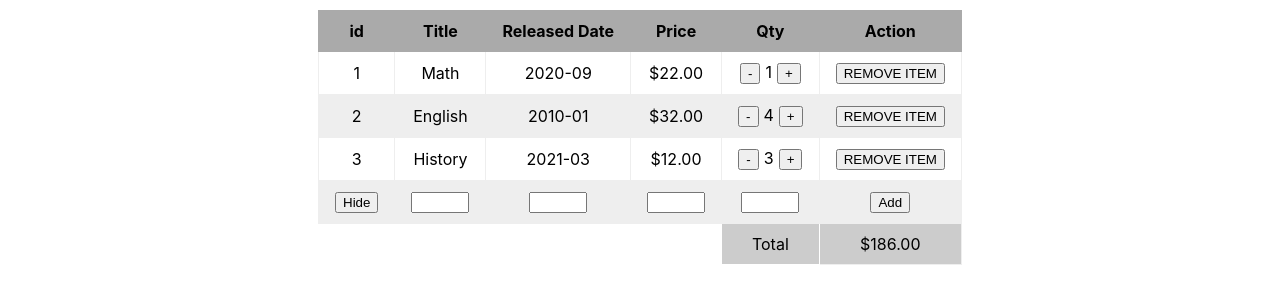
Repository: vgg1kkh/myBookStoreBasket
Page: /
An editor plug-in stored every save of this project. The page is shown before and after the next save, followed by the edit.
The browser window is 1280 px wide. The pictures show the whole page.
The project was rebuilt for these pictures with package versions that can differ from the ones it lists, and the page was loaded fresh each time.

Above is the page before, as saved 2021-10-07 21:20:58.

### public/index.html
<!DOCTYPE html>
<html lang="en">
  <head>
    <meta charset="utf-8" />
    <link rel="icon" href="%PUBLIC_URL%/favicon.ico" />
    <meta name="viewport" content="width=device-width, initial-scale=1" />
    <meta name="theme-color" content="#000000" />
    <meta
      name="description"
      content="Web site created using create-react-app"
    />
    <title>React App</title>
  </head>
  <body>
    <noscript>You need to enable JavaScript to run this app.</noscript>
    <div id="root"></div>

  </body>
</html>

### src/App.js
import React, { Component } from "react";
import { formatPrice } from "./format-util";
import "./App.css";

export default class App extends Component {
  constructor() {
    super();
    this.state = {
      bookList: [
        { id: 3, name: "Math", date: "2020-09", price: 22, number: 1 },
        { id: 4, name: "English", date: "2010-01", price: 32, number: 4 },
        { id: 5, name: "History", date: "2021-03", price: 12, number: 3 },
      ],
    };
  }

  onAdd(e, id) {
    const updBookList = this.state.bookList.map((item) => {
      if (item.id === id) {
        item.number += 1;
      }
      if (item.number === 1) {
      }
      return item;
    });
    this.setState({ bookList: updBookList });
  }

  onReduce(e, id) {
    const updBookList = this.state.bookList.map((item) => {
      if (item.id === id) {
        if (item.number === 1) {
          e.target.disabled = true;
        }
        item.number -= 1;
      }
      return item;
    });
    this.setState({ bookList: updBookList });
  }

  onRemove(id) {
    this.setState({
      bookList: this.state.bookList.filter((item) => item.id !== id),
    });
  }

  getTotalPrice() {
    // this.state.bookList.reduce(
    //   (pre, item) => (pre = item.price * item.number + pre)
    // );
    let totalPrice = 0;
    for (let i of this.state.bookList) {
      totalPrice = i.price * i.number + totalPrice;
    }
    return totalPrice;
  }

  renderBooks() {
    return this.state.bookList.map((item, index) => {
      return (
        <tr key={item.id}>
          <td>{index + 1}</td>
          <td>{item.name}</td>
          <td>{item.date}</td>
          <td>{formatPrice(item.price)}</td>
          <td>
            <button
              disabled={item.number < 1 ? true : false}
              onClick={(e) => this.onReduce(e, item.id)}
            >
              -
            </button>
            <span className="book-qty">{item.number}</span>
            <button onClick={(e) => this.onAdd(e, item.id)}>+</button>
          </td>
          <td>
            <button onClick={() => this.onRemove(item.id)}>REMOVE ITEM</button>
          </td>
        </tr>
      );
    });
  }

  renderEmyptTip() {
    return <button>Add Item</button>;
  }
  render() {
    return (
      <>
        <div>
          <table className="table-wrapper">
            <thead>
              <tr>
                <th>id</th>
                <th>Title</th>
                <th>Released Date</th>
                <th>Price</th>
                <th>Qty</th>
                <th>Action</th>
              </tr>
            </thead>
            <tbody>
              {this.state.bookList.length > 0
                ? this.renderBooks()
                : this.renderEmyptTip()}
              <tr>
                <td><button>Hide</button></td>
                <td><input className="add-new-item"/></td>
                <td><input className="add-new-item"/></td>
                <td><input className="add-new-item"/></td>
                <td><input className="add-new-item"/></td>
                <td>
                  <button>Add</button>
                </td>
              </tr>
              <tr
                style={{
                  display: this.state.bookList.length > 0 ? "" : "none",
                }}
              >
                <td></td>
                <td></td>
                <td></td>
                <td></td>
                <td>Total</td>
                <td>{formatPrice(this.getTotalPrice())}</td>
              </tr>
            </tbody>
          </table>
        </div>
      </>
    );
  }
}

### src/format-util.js
export function formatPrice(price){
    if(typeof price !== "number"){
        return Number(price) || 0
    }
    return ("$"+price.toFixed(2))
}

### src/App.css
.table-wrapper {
    margin: 10px auto;
    border: 1px solid #eee;
    border-collapse: collapse;
    text-align: center;
}

th,td {
    border: 1px solid #eee;
    padding: 10px 16px;
    /* border-collapse: collapse; */
}

th {
    background-color: #aaa;
    border-color: #aaa
}
table tbody tr:nth-child(2n){
    background-color: #eee;
}

table tbody tr:last-child{
    background-color: #fff;
}

table tbody tr:last-child td:nth-child(n+5) {
    background-color: #ccc;
}

table tbody tr:last-child td:nth-child(-n+5) {
    border-color: #fff;
}
.book-qty {
    margin: 0 5px;
}

/* Add item */
.add-new-item{
    display: inline-block;
    width: 50px;
    height: 100%;
}

Loaded but not shown: src/index.js (common file); src/index.css (common file)

After the next save:
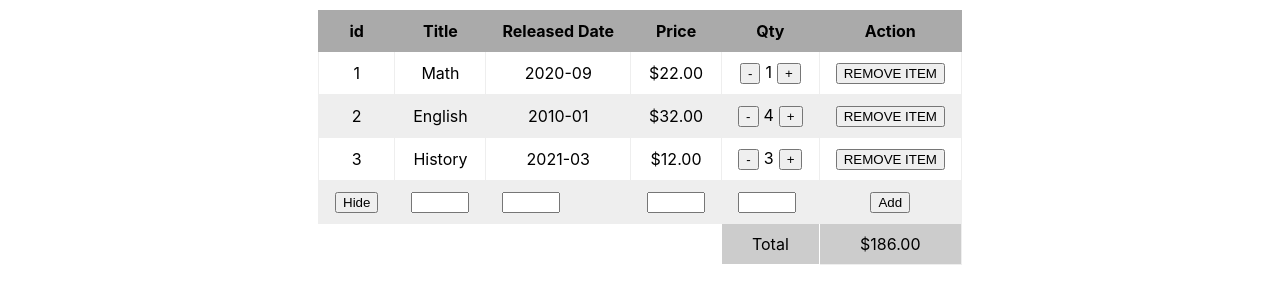
Saved 15 s later.
--- a/src/App.css
+++ b/src/App.css
@@ -36,7 +36,7 @@ table tbody tr:last-child td:nth-child(-n+5) {
 
 /* Add item */
 .add-new-item{
-    display: inline-block;
+    display: block;
     width: 50px;
     height: 100%;
 }
